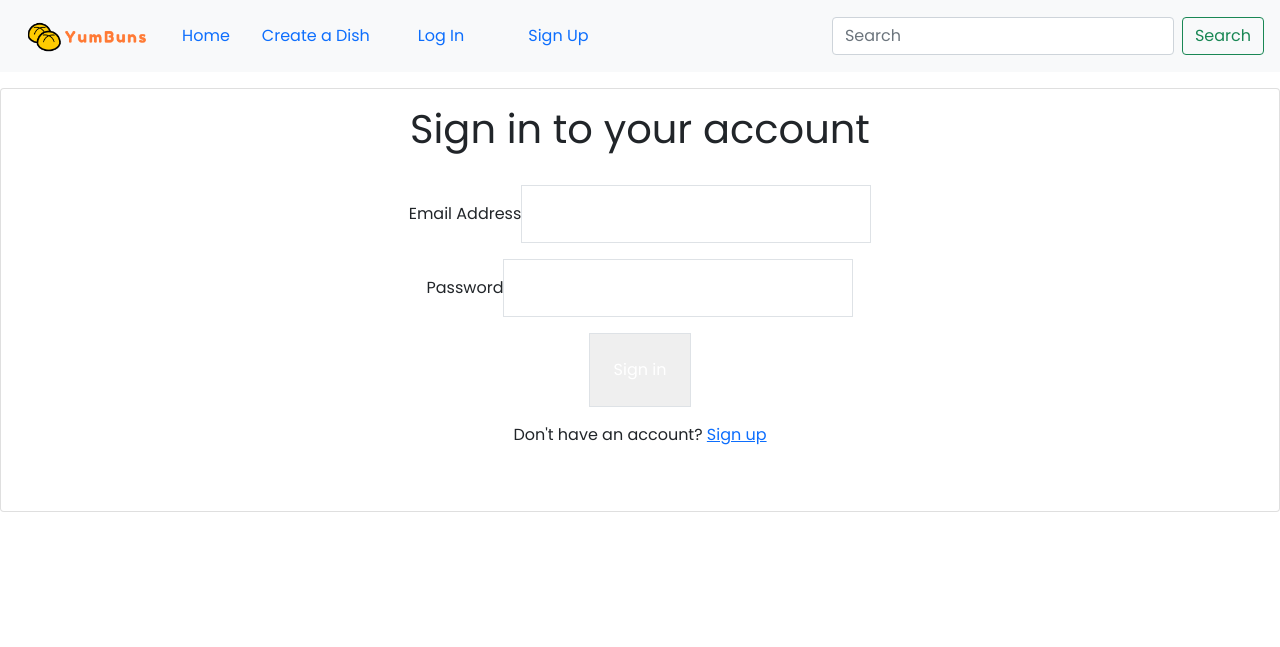
Repository: mottad14/yumBuns
Page: /login (app in client/)
The author's editor kept a copy of each file at every save. The page is drawn from the files as they stood at one save, then again after the next save.
The browser window is 1280 px wide. The pictures show the whole page.
Some web fonts or font styles are not loaded; a fallback is used. The project was rebuilt for these pictures with package versions that can differ from the ones it lists, and the page was loaded fresh each time. Also part of the build but not shown: client/src/components/RecipePreview.js, client/src/views/Main.js, client/src/views/Create.js, client/src/views/Recipe.js, client/src/components/SubscribePop.css, client/src/components/SignUp.jsx, client/src/components/SubscribePop.js.

Above is the page before, as saved 2022-07-29 11:13:18.

### client/public/index.html
<!DOCTYPE html>
<html lang="en">
  <head>
    <meta charset="utf-8" />
    <link rel="icon" href="%PUBLIC_URL%/favicon.ico" />
    <meta name="viewport" content="width=device-width, initial-scale=1" />
    <meta name="theme-color" content="#000000" />
    <meta
      name="description"
      content="Web site created using create-react-app"
    />
    <!--
      Notice the use of %PUBLIC_URL% in the tags above.
      It will be replaced with the URL of the `public` folder during the build.
      Only files inside the `public` folder can be referenced from the HTML.

      Unlike "/favicon.ico" or "favicon.ico", "%PUBLIC_URL%/favicon.ico" will
      work correctly both with client-side routing and a non-root public URL.
      Learn how to configure a non-root public URL by running `npm run build`.
    -->
    <title>Yumbuns</title>
  </head>
  <body>
    <noscript>You need to enable JavaScript to run this app.</noscript>
    <div id="root"></div>
    <!--
      This HTML file is a template.
      If you open it directly in the browser, you will see an empty page.

      You can add webfonts, meta tags, or analytics to this file.
      The build step will place the bundled scripts into the <body> tag.

      To begin the development, run `npm start` or `yarn start`.
      To create a production bundle, use `npm run build` or `yarn build`.
    -->
  </body>
</html>

### client/src/index.js
import React from 'react';
import ReactDOM from 'react-dom';
import './index.css';
import App from './App';
import reportWebVitals from './reportWebVitals';
import {BrowserRouter} from "react-router-dom";

ReactDOM.render(
    <React.StrictMode>
      <BrowserRouter>
            <App />
      </BrowserRouter>
    </React.StrictMode>,
    document.getElementById('root')
);



// If you want to start measuring performance in your app, pass a function
// to log results (for example: reportWebVitals(console.log))
// or send to an analytics endpoint. Learn more: https://bit.ly/CRA-vitals
reportWebVitals();

### client/src/App.js
import React from 'react';
import 'bootstrap/dist/css/bootstrap.min.css';
import {Switch, Route} from "react-router-dom";
import './App.css';
import NavBar from './components/NavBar';
import Main from './views/Main';
import Login from './views/Login'
import Create from './views/Create';
import Recipe from './views/Recipe';
import SubscribePop from './components/SubscribePop';
import {useState, useEffect} from 'react'
import { AuthContextProvider } from "./contexts/AuthContext";


function App() {
  const [timedPopup, setTimedPopup] = useState (false);

  useEffect(() => {
    setTimeout(() => {
      setTimedPopup(true)
    }, 45000)
  }, [])


  return (

    <div className="App">
      <div className="">
          <NavBar/>
          <AuthContextProvider>
              <Switch>
                <Route exact path="/">
                  <Main/>
                </Route>

                <Route exact path="/login">
                  <Login/>
                </Route>

                <Route path="/view/single/:_id">
                  <Recipe/>
                </Route>

                <Route exact path="/create">
                  <Create/>
                </Route>
              </Switch>

              <SubscribePop trigger={timedPopup} setTrigger={setTimedPopup}>
              </SubscribePop>
          </AuthContextProvider>


       </div>
    </div>
  );
}

export default App;

### client/src/App.css
@import url('https://fonts.googleapis.com/css2?family=BIZ+UDGothic&family=Poppins&display=swap');

.App {
  font-family: 'BIZ UDGothic', sans-serif;
  font-family: 'Poppins', sans-serif;
  z-index: 1;
  text-align: center;
}

.recipePreview{
  border: 3px solid rgb(177, 177, 177);
  min-height: 300px;
  width: 250px;
  background-color: rgb(254, 194, 10);
  border-left-style: dotted;
  border-right-style: dotted;
  border-radius: 10%;

}

.recipePreview > img{
  width: 95%;
  border-radius: 10%;
}
.recipePreview >div{
  align-items: center;

}

.Logo{
  margin-left: 10px;
  height: 30px;
}

.sticky{
  position: sticky;
  top: 0;
  z-index: 999;
  background-color: rgb(254, 194, 10);
  border: 2px solid black;
  border-radius: 25px;
}

.thumbnailBox > img{
  height: 40px;
}

.thumbnailBox > img:hover{
  height: 125px;
}

### client/src/components/NavBar.js
import React from "react";
import { Link } from "react-router-dom"
import Nav from 'react-bootstrap/Nav';
import YumBuns from "../imgs/YumBunsLogo.png"

const NavBar = (props) => {
    return(
            <nav className="navbar navbar-expand-lg bg-light mb-3">
                <Link className="navbar-brand mx-3" to="/">  <img className="Logo" src={YumBuns} alt="Logo" /> </Link>

                <div className="collapse navbar-collapse" id="navbarSupportedContent">
                <ul className="navbar-nav me-auto mb-2 mb-lg-0">
                    <li className="nav-item">
                    <Nav.Link> <Link className="nav-link btn-outline-warning" aria-current="page" to="/">Home</Link> </Nav.Link>
                    </li>
                    <li className="nav-item">
                    <Nav.Link> <Link className="nav-link btn-outline-warning" to="/create">Create a Dish</Link> </Nav.Link>
                    </li>
                    <li className="nav-item">
                    <Nav.Link> <Link className="nav-link d-flex mx-3 btn-outline-warning" to="/login"> Log In</Link> </Nav.Link>
                    </li>
                    <li className="nav-item">
                    <Nav.Link> <Link className="nav-link d-flex mx-3 btn-outline-warning" to="/signUp"> Sign Up</Link> </Nav.Link>
                    </li>
                </ul>
                <form className="d-flex mx-3" role="search">
                    <input className="form-control me-2" type="search" placeholder="Search" aria-label="Search" />
                    <button className="btn btn-outline-success" type="submit">Search</button>
                </form>
            </div>
            </nav>
    )
}

export default NavBar;

### client/src/views/Login.js
import React, { useState } from 'react'
import { Link, useHistory } from 'react-router-dom'
import {Form, Button, Card, Alert} from "react-bootstrap"
import { UserAuth } from '../contexts/AuthContext'

const Signin = () => {
  const [email, setEmail] = useState('')
  const [password, setPassword] = useState('')
  const [error, setError] = useState('')
  const {signIn} = UserAuth()
  const history = useHistory();

  const handleSubmit = (e) =>{
    e.preventDefault();
    setError('')
    try{
      signIn(email, password)
      console.log("You are now signed in.")
      history.push('/')
    } catch(e){
      setError(e.message)
      console.log(error)
    }
  }

  return (
    <Card>
      <Card.Body className='text-center mb-4'>

          <div>
              <h1 className='text-center mb-4'>Sign in to your account</h1>
          </div>

          <Form onSubmit={handleSubmit}>
              <Form.Group className='flex flex-col py-2'>
                <Form.Label className='py-2 font-medium' htmlFor=""> Email Address</Form.Label>
                <input onChange={(e)=>setEmail(e.target.value)} className='border p-3' type="email"/>
              </Form.Group>
              <Form.Group className='flex flex-col py-2'>
                <Form.Label className='py-2 font-medium' htmlFor=""> Password</Form.Label>
                <input onChange={(e)=> setPassword(e.target.value)} className='border p-3' type="password"/>
              </Form.Group>
              <button className='border border-blue-500 bg-blue-600 hover:bg-blue-500 w-full p-4 my-2 text-white'>Sign in</button>
          </Form>
              <p className='py-2'>
                Don't have an account? <Link to="/signup" className='underline'> Sign up </Link>
              </p>

        </Card.Body>
    </Card>

  )
}

export default Signin

### client/src/contexts/AuthContext.js
import { createContext, useContext, useEffect, useState } from "react";
import {createUserWithEmailAndPassword,
    signInWithEmailAndPassword,
    signOut,
    onAuthStateChanged}
    from "firebase/auth"
import { auth } from "../firebase";

const UserContext = createContext();

export const AuthContextProvider = ({children}) => {
    const [user, setUser] = useState({})

    const createUser = (email, password) => {
        return (createUserWithEmailAndPassword(auth, email, password))
    }

    const signIn = (email, password) => {
        return signInWithEmailAndPassword(auth, email, password)
    }

    const logout = () =>{
        return signOut(auth);
    }

    useEffect (() => {
        const unsubscribe = onAuthStateChanged(auth, (currentUser) => {
            console.log(currentUser)
            setUser(currentUser)
        })
        return (() => {
            unsubscribe()
        })
    }, [])

    return (
        <UserContext.Provider value={{ createUser, user, signIn, logout }}>
            {children}
        </UserContext.Provider>
    )
}

export const UserAuth = () =>{
    return useContext(UserContext)
}

### client/src/firebase.js
// Import the functions you need from the SDKs you need
import { initializeApp } from "firebase/app";
import { getAuth } from "firebase/auth";
// TODO: Add SDKs for Firebase products that you want to use
// https://firebase.google.com/docs/web/setup#available-libraries

// Your web app's Firebase configuration
console.log(`The current api key is: ${process.env.REACT_APP_FIREBASE_API_KEY}`)
const firebaseConfig = {
  apiKey: process.env.REACT_APP_FIREBASE_API_KEY,
  authDomain: process.env.REACT_APP_FIREBASE_AUTH_DOMAIN,
  projectId: process.env.REACT_APP_FIREBASE_PROJECT_ID,
  storageBucket: process.env.REACT_APP_FIREBASE_STORAGE_BUCKET,
  messagingSenderId: process.env.REACT_APP_FIREBASE_MESSAGING_SENDER_ID,
  appId: process.env.REACT_APP_FIREBASE_APP_ID,
  measurementId: process.env.REACT_APP_FIREBASE_MEASUREMENT_ID
};

// Initialize Firebase
const app = initializeApp(firebaseConfig);
export const auth = getAuth(app);
export default app;

Loaded but not shown: client/src/index.css (common file); client/src/reportWebVitals.js (common file)

After the next save:
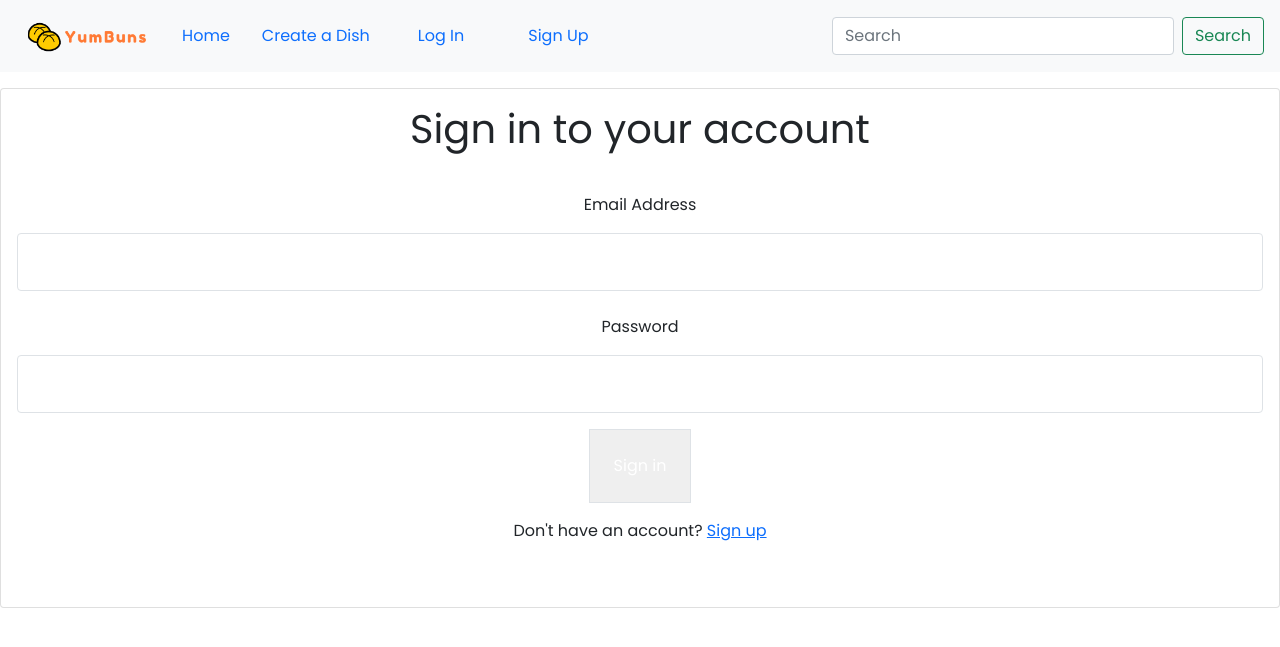
Saved 22 s later.
--- a/client/src/views/Login.js
+++ b/client/src/views/Login.js
@@ -34,11 +34,11 @@ const Signin = () => {
           <Form onSubmit={handleSubmit}>
               <Form.Group className='flex flex-col py-2'>
                 <Form.Label className='py-2 font-medium' htmlFor=""> Email Address</Form.Label>
-                <input onChange={(e)=>setEmail(e.target.value)} className='border p-3' type="email"/>
+                <Form.Control onChange={(e)=>setEmail(e.target.value)} className='border p-3' type="email"/>
               </Form.Group>
               <Form.Group className='flex flex-col py-2'>
                 <Form.Label className='py-2 font-medium' htmlFor=""> Password</Form.Label>
-                <input onChange={(e)=> setPassword(e.target.value)} className='border p-3' type="password"/>
+                <Form.Control onChange={(e)=> setPassword(e.target.value)} className='border p-3' type="password"/>
               </Form.Group>
               <button className='border border-blue-500 bg-blue-600 hover:bg-blue-500 w-full p-4 my-2 text-white'>Sign in</button>
           </Form>
